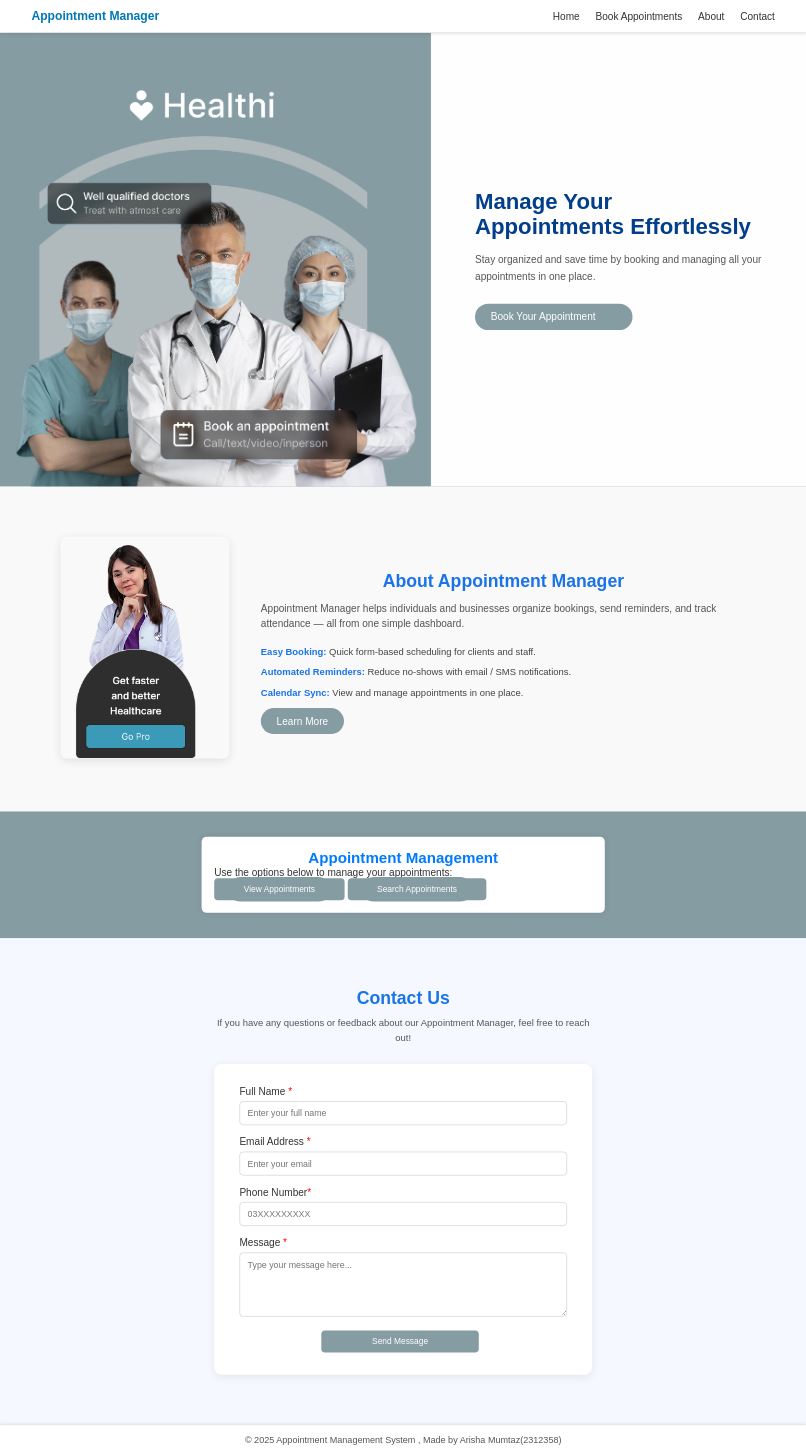
Repository: Arisha004/Hospital-Appointment-Management-System
Page: landingpage.html
The author's editor kept a copy of each file at every save. The page is drawn from the files as they stood at one save, then again after the next save.
The browser window is 1280 px wide. The pictures show the whole page, at 63% of full size.

Above is the page before, as saved 2025-10-24 15:53:14.

After the next save:
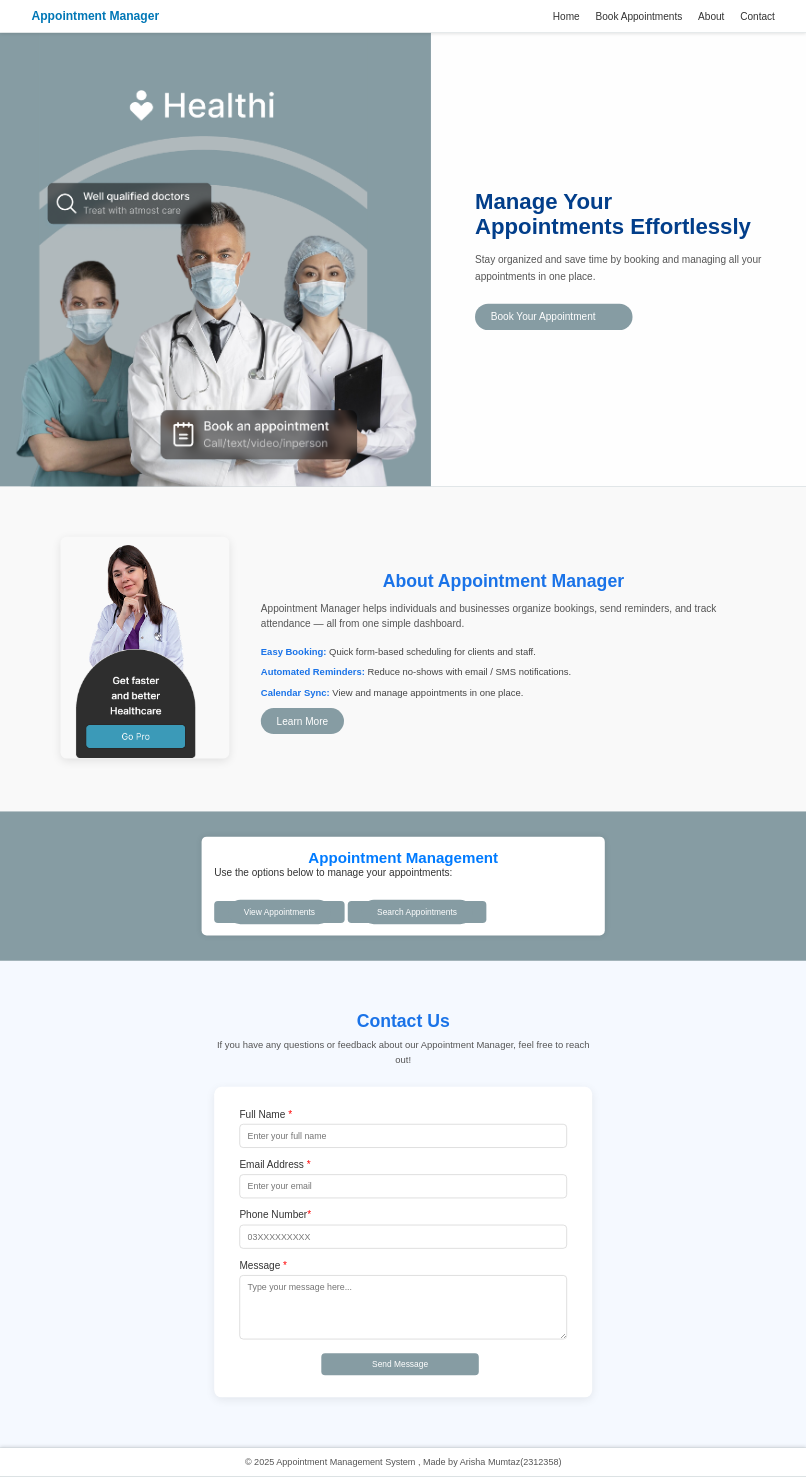
Saved 9 s later.
--- a/landingpage.html
+++ b/landingpage.html
@@ -58,7 +58,7 @@
   <section id="crudoperations">
     <div class="container1">
       <h2>Appointment Management</h2>
-      <p>Use the options below to manage your appointments:</p>
+      <p>Use the options below to manage your appointments:</p><br><br>
 
       <button> <a href="list.php" class="btn">View Appointments</a></button>
        <button>  <a href="searching.php" class="btn">Search Appointments</a></button>
